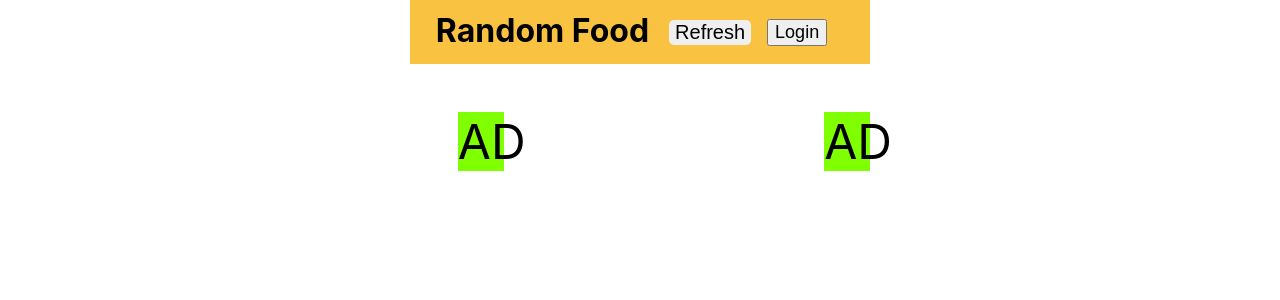
Repository: limjoohyun2030/random-food
Page: /random-food/home
The author's editor kept a copy of each file at every save. The page is drawn from the files as they stood at one save, then again after the next save.
The browser window is 1280 px wide. The pictures show the whole page.
The page's requests for data from a server got no answer. The project was rebuilt for these pictures with package versions that can differ from the ones it lists, and the page was loaded fresh each time. A package was used in the major version that the imports need, not the one package.json lists. No one was signed in, and anything a server would have sent is missing. Also part of the build but not shown: src/components/food_detail/food_detail.module.css, src/components/food_detail/food_detail.jsx, src/components/food_item/food_item.module.css, src/components/food_item/food_item.jsx, src/components/login/login.module.css, src/components/login/login.jsx.

Above is the page before, as saved 2021-11-11 17:12:57.

### public/index.html
<!DOCTYPE html>
<html lang="en">
  <head>
    <meta charset="utf-8" />
    <link rel="icon" href="/images/foodIcon.ico" />
    <meta name="viewport" content="width=device-width, initial-scale=1" />
    <meta name="theme-color" content="#000000" />
    <meta
      name="description"
      content="Web site created using create-react-app"
    />

    <title>Random Food</title>
  </head>
  <body>
    <noscript>You need to enable JavaScript to run this app.</noscript>
    <div id="root"></div>
  </body>
</html>

### src/index.js
import React from "react";
import ReactDOM from "react-dom";
import "./index.css";
import App from "./app";
import AuthService from "./service/auth_service";

const authService = new AuthService();

ReactDOM.render(
  <React.StrictMode>
    <App authService={authService} />
  </React.StrictMode>,
  document.getElementById("root")
);

### src/index.css
body {
  margin: 0;
  padding: 0;
  font-family: -apple-system, BlinkMacSystemFont, "Segoe UI", "Roboto", "Oxygen",
    "Ubuntu", "Cantarell", "Fira Sans", "Droid Sans", "Helvetica Neue",
    sans-serif;
  -webkit-font-smoothing: antialiased;
  -moz-osx-font-smoothing: grayscale;
}

code {
  font-family: source-code-pro, Menlo, Monaco, Consolas, "Courier New",
    monospace;
}

* {
  box-sizing: border-box;
}

#root {
  display: flex;
  justify-content: center;
}

### src/app.jsx
import { useEffect, useState, useRef } from "react";
import { BrowserRouter, Route, Switch } from "react-router-dom";
import styles from "./app.module.css";
import FoodDetail from "./components/food_detail/food_detail";
import FoodList from "./components/food_list/food_list";
import Header from "./components/header/header";
import Login from "./components/login/login";


function App({ authService }) {
  const ref = useRef();
  const [foods, setFoods] = useState([]);
  const [isSelectedFood, setIsSelectedFood] = useState();
  const [isFoodOpen, setIsFoodOpen] = useState(false);
  const [isRefresh, setIsRefresh] = useState(false);

  const selectFood = (food) => {
    setIsSelectedFood(food);
  };

  const onRefreshClick = () => {
    setIsRefresh((oldstate) => !oldstate);
  };

  useEffect(() => {
    const myHeaders = new Headers();
    myHeaders.append("Content-Type", "application/json");

    const requestOptions = {
      method: "GET",
      headers: myHeaders,
      redirect: "follow",
    };

    fetch(
      "https://api.spoonacular.com/recipes/random?number=4&apiKey=92cedfb0b9e844679738e6c6c90cd453",
      requestOptions
    )
      .then((response) => response.json())
      .then((result) => setFoods(result.recipes))
      .catch((error) => console.log("error", error));
  }, [isRefresh]);

  useEffect(() => {
    const checkIfClickedOutside = (e) => {
      if (isFoodOpen && ref.current && !ref.current.contains(e.target)) {
        setIsFoodOpen(false);
      }
    };

    document.addEventListener("mousedown", checkIfClickedOutside);

    return () => {
      document.removeEventListener("mousedown", checkIfClickedOutside);
    };
  }, [isFoodOpen]);

  return (
    <div className={styles.app}>
      <BrowserRouter>
        <Switch>
          <Route
            exact
            path="/random-food/"
            render={() => <Login authService={authService} />}
          />

          <Route
            path="/random-food/home"
            render={() => (
              <div>
                <Header onRefreshClick={onRefreshClick} />
                <section>
                  <div className={styles.detail}>
                    {isFoodOpen && <FoodDetail food={isSelectedFood} />}
                  </div>

                  <div
                    className={styles.list}
                    onClick={() => setIsFoodOpen((oldstate) => !oldstate)}
                  >
                    <FoodList
                      foods={foods}
                      onFoodClick={selectFood}
                      ref={ref}
                    />
                  </div>
                </section>
              </div>
            )}
          />
          <Route path="*">
            <h2>Page Not Found</h2>
          </Route>
        </Switch>
      </BrowserRouter>
    </div>
  );
}

export default App;

### src/service/auth_service.js
import firebase from "firebase";
import firebaseApp from "./firebase";

class AuthService {
  login() {
    const authProvider = new firebase.auth.GoogleAuthProvider();
    return firebaseApp.auth().signInWithPopup(authProvider);
  }
}

export default AuthService;

### src/app.module.css
/* @value makerLightOrange from './common/colors.css'; */

.app {
  max-width: 100rem;
  /* background-image: url("https://image.freepik.com/free-photo/spaghetti-with-spicy-mixed-seafood-dark-background_1150-45297.jpg"); */
  background-repeat: no-repeat;
  background-size: 100vw 100vh;
}

.content {
  position: relative;
}

.detail {
  z-index: 2;
  /* margin: auto 0; */
  margin-top: 1em;
  height: 520px;
  width: auto;
  position: absolute;
  background-color: #dfe08e;
}

.list {
  /* visibility: hidden; */
  z-index: 1;
}

### src/components/food_list/food_list.jsx
import React from "react";
import FoodItem from "../food_item/food_item";
import styles from "./food_list.module.css";

const FoodList = React.forwardRef(({ foods, onFoodClick }, ref) => {
  return (
    <section className={styles.foodBox}>
      <div className={styles.sidebarLeft}>AD</div>
      <ul className={styles.foods}>
        {foods &&
          foods.map((food) => (
            <FoodItem
              key={food.id}
              food={food}
              onFoodClick={onFoodClick}
              ref={ref}
            />
          ))}
      </ul>
      <div className={styles.sidebarRight}>AD</div>
    </section>
  );
});

export default FoodList;

### src/components/header/header.jsx
import styles from "./header.module.css";
import React from "react";

const Header = ({ onRefreshClick }) => {
  return (
    <header className={styles.header}>
      <div className={styles.leftbox}>
        {/* <img
          className={styles.foodIcon}
          src="https://github.com/Sweetpotatopizza/random-food/blob/main/public/images/reloadIcon.png"
          alt="logo"
        /> */}
        <h1 className={styles.title}>Random Food</h1>
        <button className={styles.reloadBox} onClick={onRefreshClick}>
          Refresh
          {/* <img
            className={styles.reloadBtn}
            src="/images/reload.png"
            alt="reload"
          /> */}
        </button>
      </div>
      {/* fontawesome needed */}
      <div className={styles.rightbox}>
        {/* <button className={styles.like}>Like</button> */}
        <button className={styles.login}>Login</button>
      </div>
    </header>
  );
};

export default Header;

### src/service/firebase.js
// Import the functions you need from the SDKs you need
// import { initializeApp } from "firebase/app";
import firebase from "firebase";

// TODO: Add SDKs for Firebase products that you want to use
// https://firebase.google.com/docs/web/setup#available-libraries

// Your web app's Firebase configuration
// For Firebase JS SDK v7.20.0 and later, measurementId is optional
const firebaseConfig = {
  apiKey: process.env.REACT_APP_FIREBASE_API_KEY,
  authDomain: process.env.REACT_APP_FIREBASE_AUTH_DOMAIN,
  databaseURL: process.env.REACT_APP_FIREBASE_DB_URL,
  projectId: process.env.REACT_APP_FIREBASE_PROJECT_ID,
  appId: process.env.REACT_APP_FIREBASE_APP_ID,
};

// console.log(process.env.REACT_APP_FIREBASE_API_KEY);
// Initialize Firebase
const firebaseApp = firebase.initializeApp(firebaseConfig);
export default firebaseApp;

### src/components/food_list/food_list.module.css
.foodBox {
  display: flex;
}

.foods {
  display: flex;
  flex-wrap: wrap;
  list-style: none;
  justify-content: center;
  align-items: center;
  width: 80%;
  margin: 0 auto;
  padding: 0;
}

.sidebarLeft {
  margin-top: 1em;
  margin-left: 1em;
  background-color: chartreuse;
  font-size: 3em;
  width: 10%;
  cursor: pointer;
  position: relative;
}

.sidebarLeft::after {
  position: absolute;
  z-index: 2;
}

.sidebarRight {
  margin-top: 1em;
  margin-left: 1em;
  background-color: chartreuse;
  font-size: 3em;
  width: 10%;
  cursor: pointer;
  position: relative;
}

.sidebarRight::after {
  position: absolute;
  z-index: 2;
}

@media screen and (max-width: 769px) {
  .foods {
    flex-direction: column;
    flex-wrap: nowrap;
    width: 100%;
  }
}

### src/components/header/header.module.css
/* @value makerOrange from '../../common/colors.css'; */

.header {
  display: flex;
  height: 4rem;
  padding: 0.8em 1em;
  background-color: #fac241;
  align-items: center;
  justify-content: space-between;
}

.leftbox {
  display: flex;
  align-items: center;
  margin-right: 1em;
}

.title {
  margin-top: 19px;
  margin-left: 10px;
}

.foodIcon {
  width: 50px;
  height: 50px;
}

.reloadBox {
  font-size: 20px;
  border-radius: 5px;
  border: none;
  margin-left: 1em;
  transition: transform 200ms ease-in-out;
}

.reloadBox:hover {
  cursor: pointer;
  transform: scale(1.07);
}

.reloadBtn {
  width: 40px;
  height: 40px;
}

.reloadBtn:hover {
  cursor: pointer;
  animation-name: spin;
  animation-duration: 2000ms;
  animation-iteration-count: infinite;
  animation-timing-function: linear;
}

@keyframes spin {
  from {
    transform: rotate(0deg);
  }
  to {
    transform: rotate(360deg);
  }
}

.like {
  margin-right: 1.5em;
  font-size: large;
  cursor: pointer;
  transition: transform 200ms ease-in-out;
}

.like:hover {
  transform: scale(1.07);
}

.login {
  margin-right: 1.5em;
  font-size: large;
  cursor: pointer;
}

After the next save:
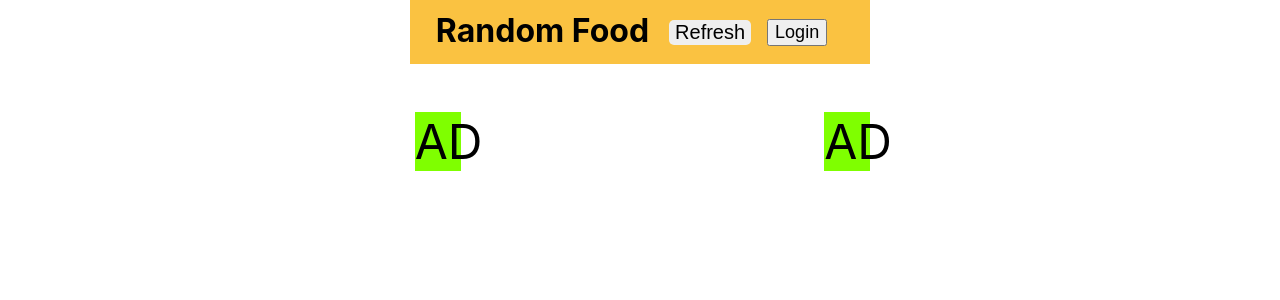
Saved 18 s later.
--- a/src/components/food_list/food_list.module.css
+++ b/src/components/food_list/food_list.module.css
@@ -15,7 +15,7 @@
 
 .sidebarLeft {
   margin-top: 1em;
-  margin-left: 1em;
+  margin-left: 0.1em;
   background-color: chartreuse;
   font-size: 3em;
   width: 10%;
@@ -30,7 +30,7 @@
 
 .sidebarRight {
   margin-top: 1em;
-  margin-left: 1em;
+  margin-left: 0.1em;
   background-color: chartreuse;
   font-size: 3em;
   width: 10%;
